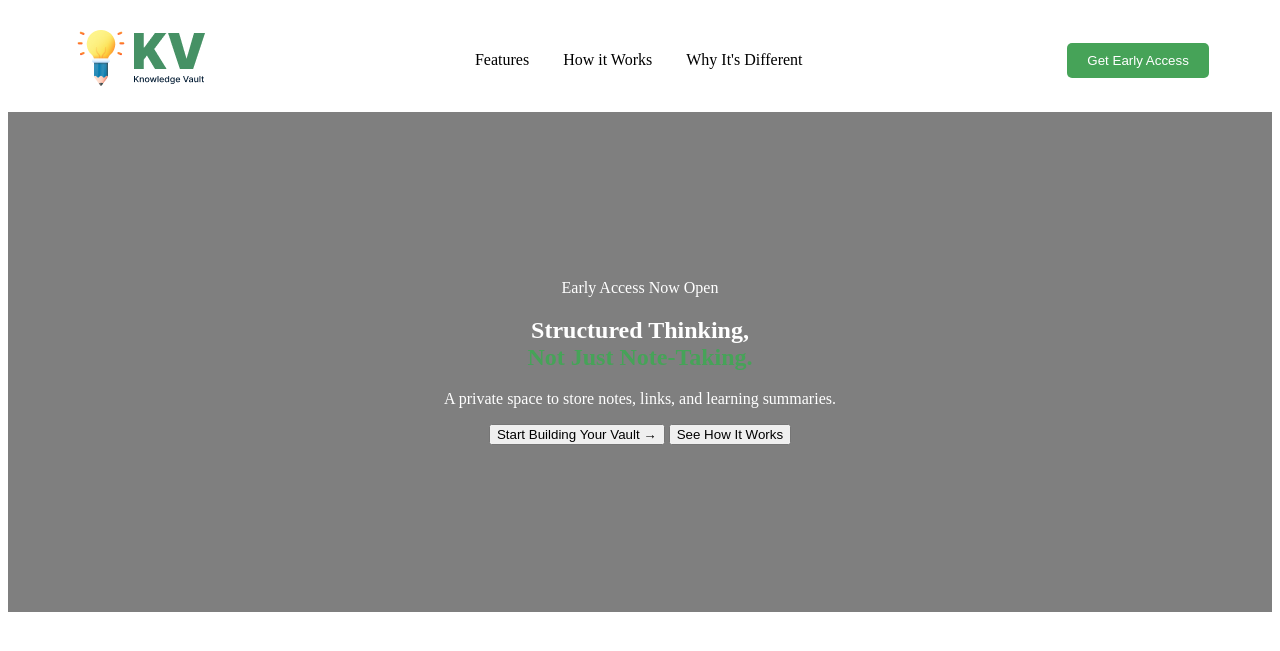
Repository: Saiful21Islam/my-fast-devel
Page: index.html
These files come from the project's save history. The page is drawn as it stood at one moment and after the next save; the edit follows.
The browser window is 1280 px wide. The pictures show the whole page.

Above is the page before, as saved 2026-01-28 22:54:29.
Not found: banner.jpg

After the next save:
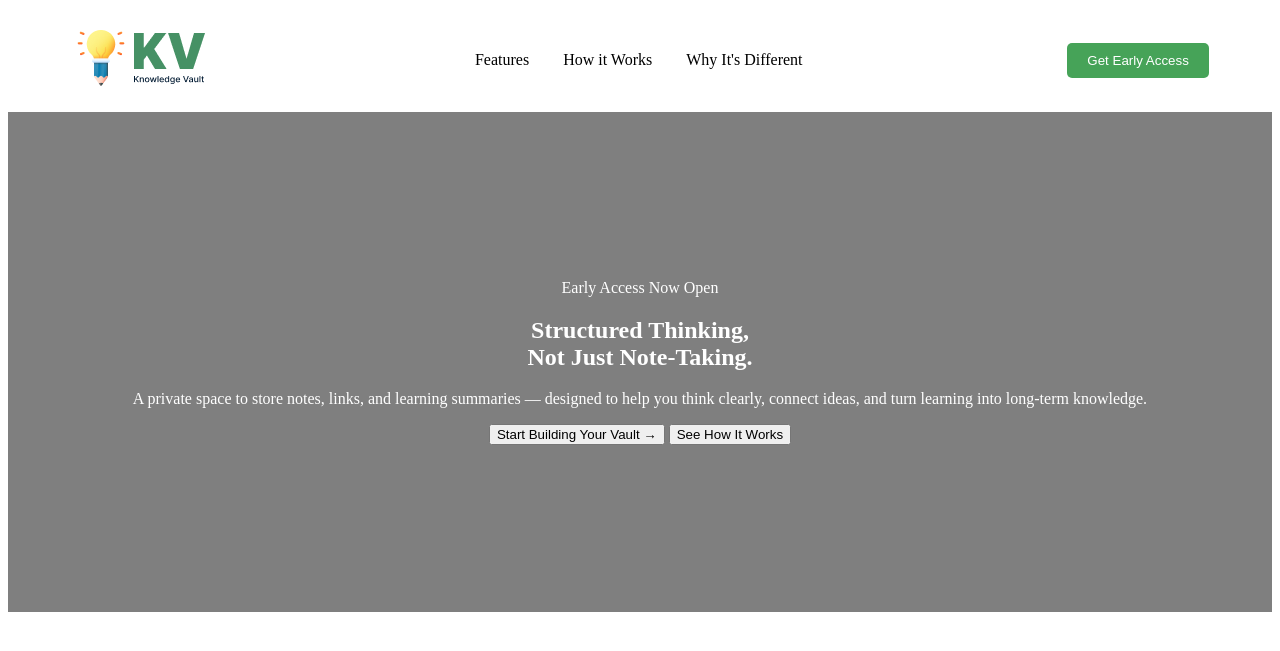
Saved 70 s later.
--- a/index.html
+++ b/index.html
@@ -24,20 +24,19 @@
     <button class="btn-early">Get Early Access</button>
 </header>
  <section class="banner">
-    <div class="banner-content">
-        <span class="badge">Early Access Now Open</span>
+        <div class="banner-overlay">
+            <div class="banner-content">
+                <span class="early-badge">Early Access Now Open</span>
+                <h1>Structured Thinking, <br><span class="highlight">Not Just Note-Taking.</span></h1>
+                <p>A private space to store notes, links, and learning summaries — designed to help you think clearly,
+                    connect ideas, and turn learning into long-term knowledge.</p>
+                <div class="banner-btns">
+                    <button class="btn-primary">Start Building Your Vault &rarr;</button>
+                    <button class="btn-outline">See How It Works</button>
+                </div>
+            </div>
+        </div>
+    </section>
 
-        <h1>Structured Thinking, <br>
-            <span class="green-text">Not Just Note-Taking.</span>
-        </h1>
-
-        <p>A private space to store notes, links, and learning summaries.</p>
-
-        <div class="banner-btns">
-            <button class="btn-primary">Start Building Your Vault &rarr;</button>
-            <button class="btn-outline">See How It Works</button>
-        </div>
-    </div>
-</section>
 </body>
 </html>
